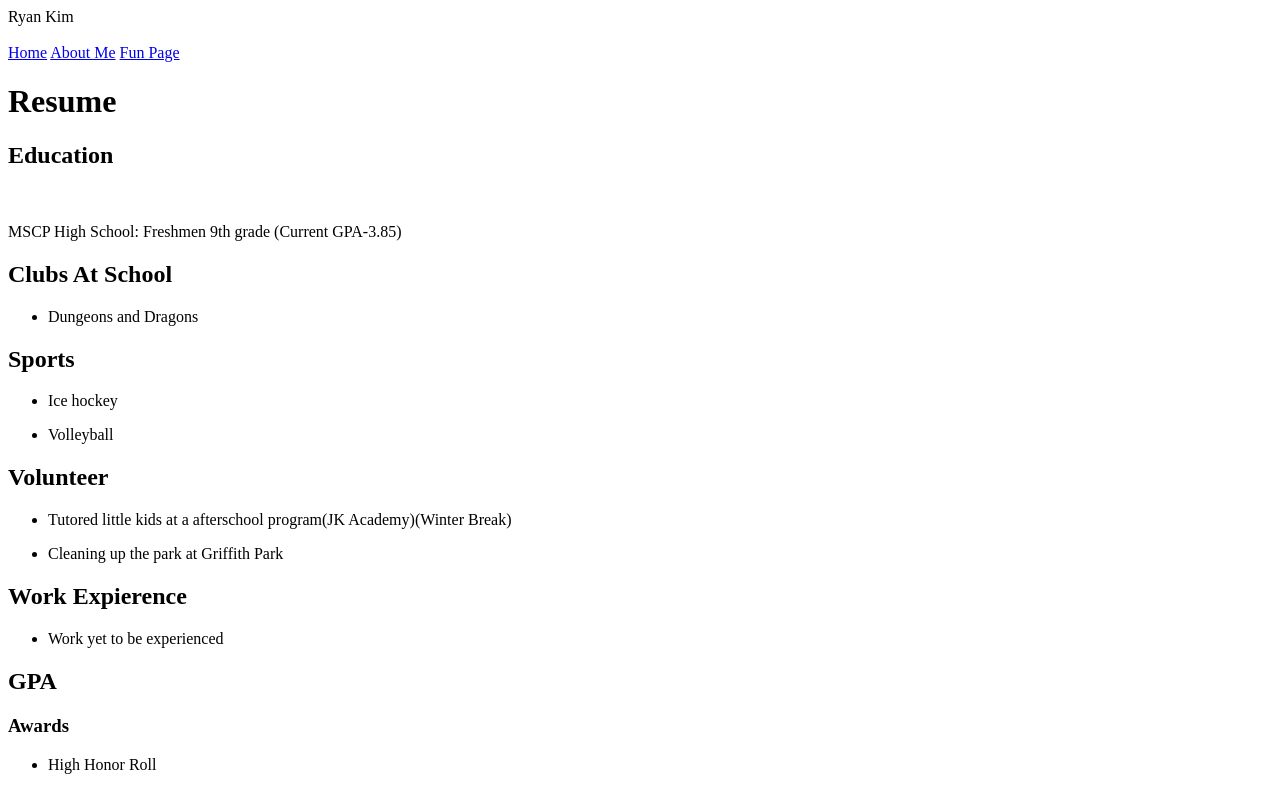
Repository: zup613/RyanKim.github.io
Page: resume.html
The author's editor kept a record of every edit. The page is drawn from the files as they stood at one moment, then again after the next edit.
The browser window is 1280 px wide. The pictures show the whole page.

Above is the page before.
Not found: whatever.css

### resume.html
<!DOCTYPE html>
<html>
    <head><link rel="stylesheet" href="whatever.css" type="text/css" />
    <link href="https://fonts.googleapis.com/css?family=Nanum+Pen+Script" rel="stylesheet">
    </head>
    <header>Ryan Kim
    <br/>
        <br /><a href="https://website-lolizupi.c9users.io/home.html">Home</a>
        <a href="https://website-lolizupi.c9users.io/aboutme.html">About Me</a>
        <a href="https://website-lolizupi.c9users.io/funpage.html">Fun Page</a></header>
        <body>
            <h1>Resume</h1>
            <h2>Education</h2>
            <br/><p>MSCP High School: Freshmen 9th grade (Current GPA-3.85)</p>
            <h2>Clubs At School</h2>
            <ul><li>Dungeons and Dragons</li></ul>
            <h2>Sports</h2>
            <ul><li>Ice hockey</li></ul>
            <ul><li>Volleyball</li></ul>
            <h2>Volunteer</h3>
            <ul><li>Tutored little kids at a afterschool program(JK Academy)(Winter Break)</li></ul>
            <ul><li>Cleaning up the park at Griffith Park</li></ul>
            <h2>Work Expierence</h2>
            <ul><li>Work yet to be experienced</li></ul>
            <h2>GPA</h2>
            <h3>Awards</h3>
            <ul><li>High Honor Roll</li></ul>
        </body>

</html>

After the next edit:
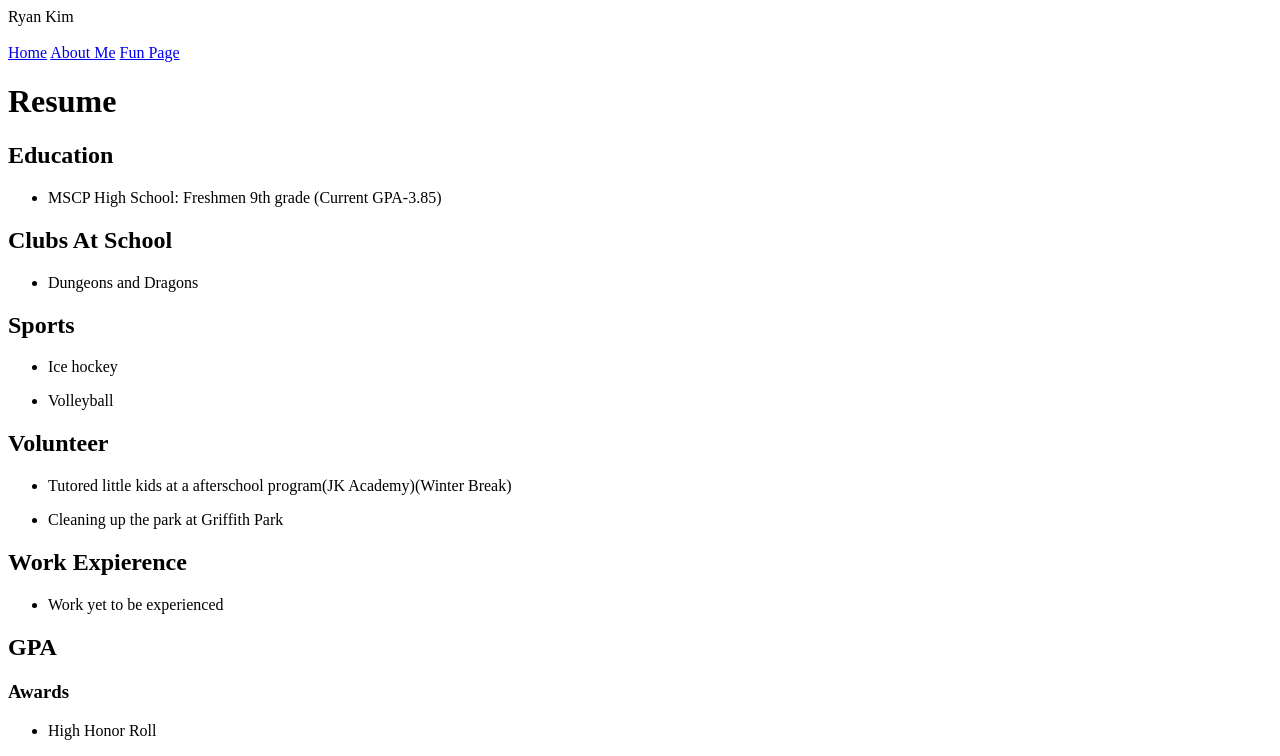
The edit:
--- a/resume.html
+++ b/resume.html
@@ -11,7 +11,7 @@
         <body>
             <h1>Resume</h1>
             <h2>Education</h2>
-            <br/><p>MSCP High School: Freshmen 9th grade (Current GPA-3.85)</p>
+            <ul><li>MSCP High School: Freshmen 9th grade (Current GPA-3.85)</li></ul>
             <h2>Clubs At School</h2>
             <ul><li>Dungeons and Dragons</li></ul>
             <h2>Sports</h2>
